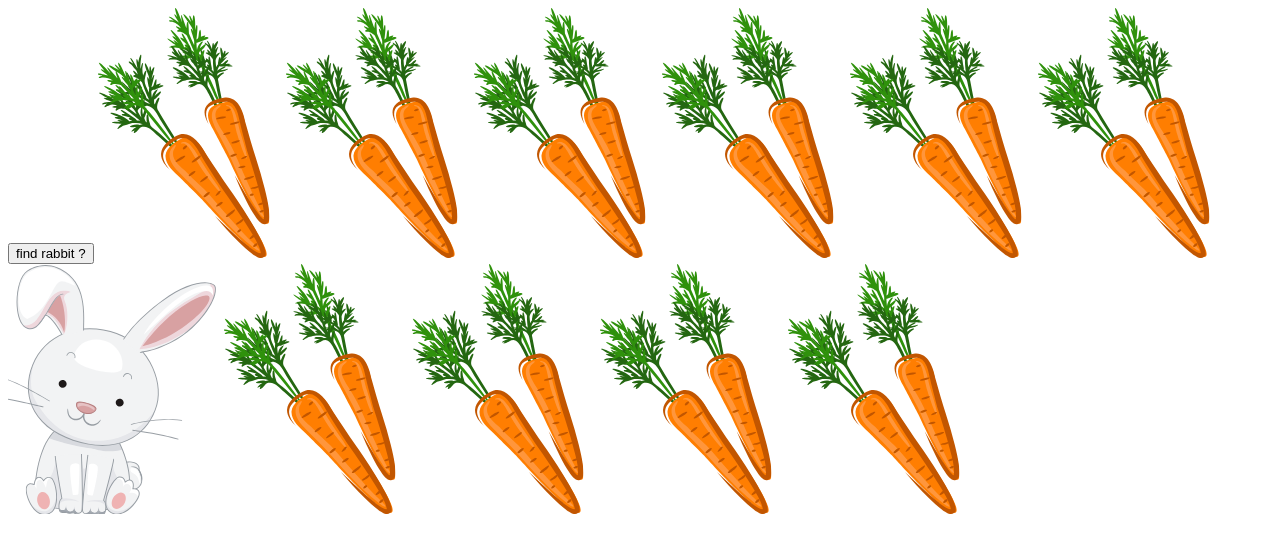
Repository: DongjaJ/Browser
Page: rabbits ans/index.html
The author's editor kept a copy of each file at every save. The page is drawn from the files as they stood at one save, then again after the next save.
The browser window is 1280 px wide. The pictures show the whole page.

Above is the page before, as saved 2022-09-15 13:50:59.

After the next save:
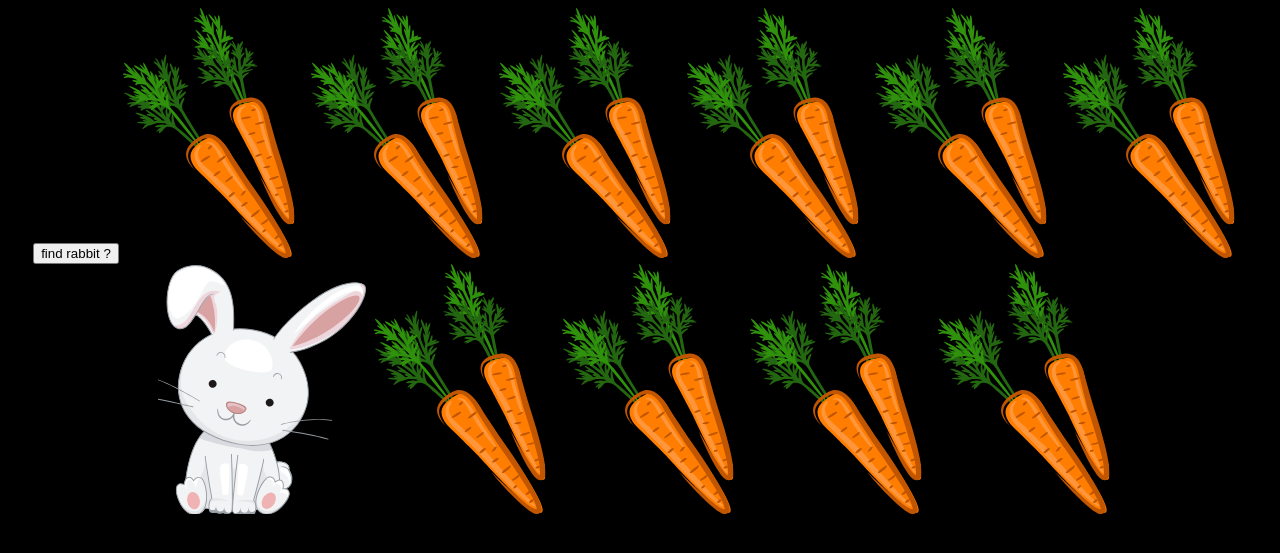
Saved 31 s later.
--- a/rabbits ans/index.html
+++ b/rabbits ans/index.html
@@ -4,7 +4,12 @@
     <meta charset="UTF-8" />
     <meta name="viewport" content="width=device-width, initial-scale=1.0" />
     <title>Scroll</title>
-    <style></style>
+    <style>
+      body{
+        text-align: center;
+        background-color: black;
+      }
+    </style>
   </head>
   <body>
     <button>find rabbit ?</button>
